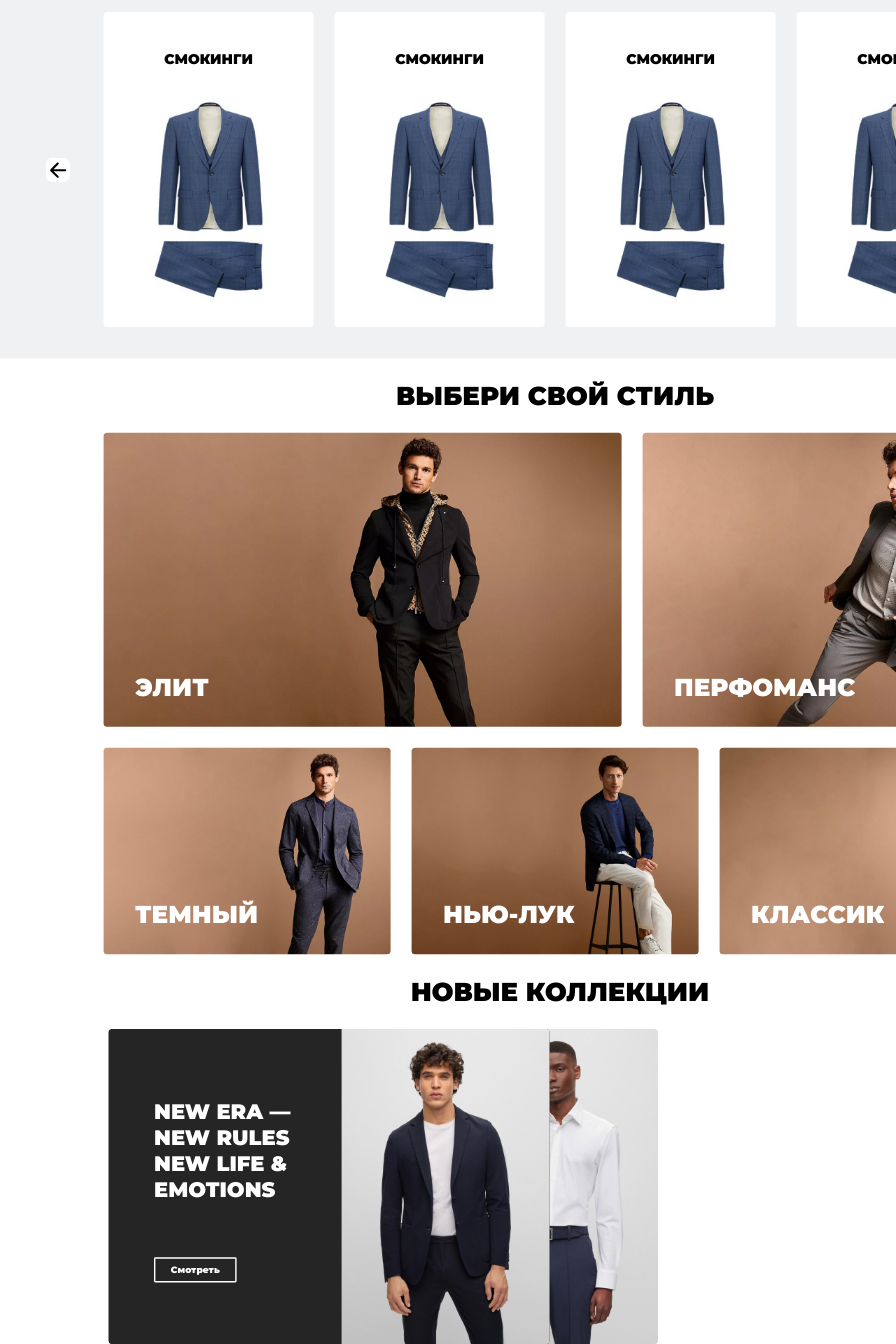
Repository: MaksimKrupkin/SigmaEllegance
Page: /
The author's editor kept a copy of each file at every save. The page is drawn from the files as they stood at one save, then again after the next save.
The browser window is 1280 px wide. The pictures show the part of the page from y = 873 to 2793 px (the page is 2793 px tall), at 70% of full size.
Some web fonts or font styles are not loaded; a fallback is used. The project was rebuilt for these pictures with package versions that can differ from the ones it lists, and the page was loaded fresh each time.

Above is the page before, as saved 2023-11-23 22:46:48.

After the next save:
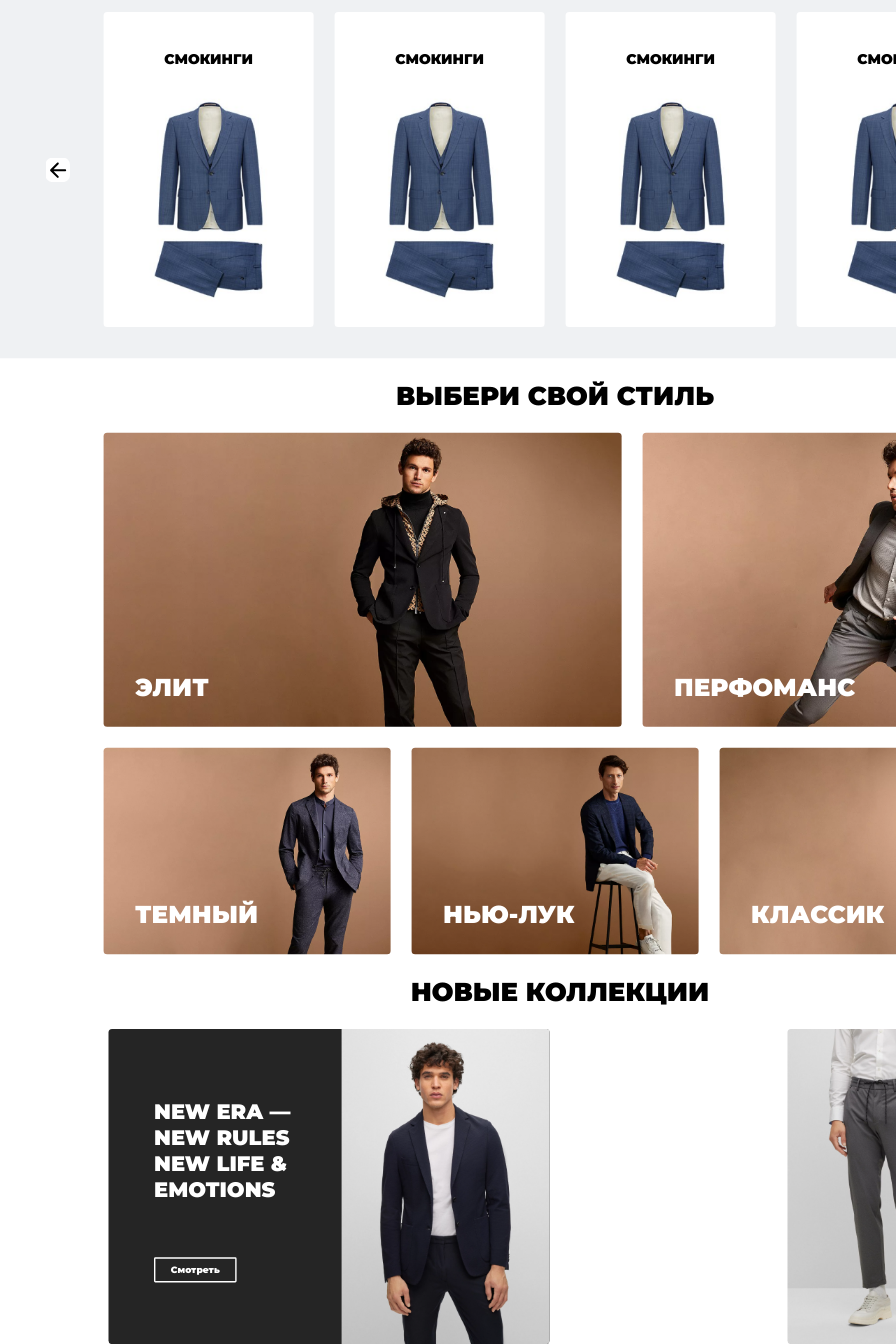
Saved 17 s later.
--- a/src/Components/Collections/Collections.module.css
+++ b/src/Components/Collections/Collections.module.css
@@ -87,3 +87,13 @@
 
   background-image: url(../../assets/img/collection2.png);
 }
+
+.collection3 {
+  display: block;
+  height: 450px;
+  width: 300px;
+  border-radius: 5px;
+  margin-right: 20px;
+
+  background-image: url(../../assets/img/collection3.png);
+}
